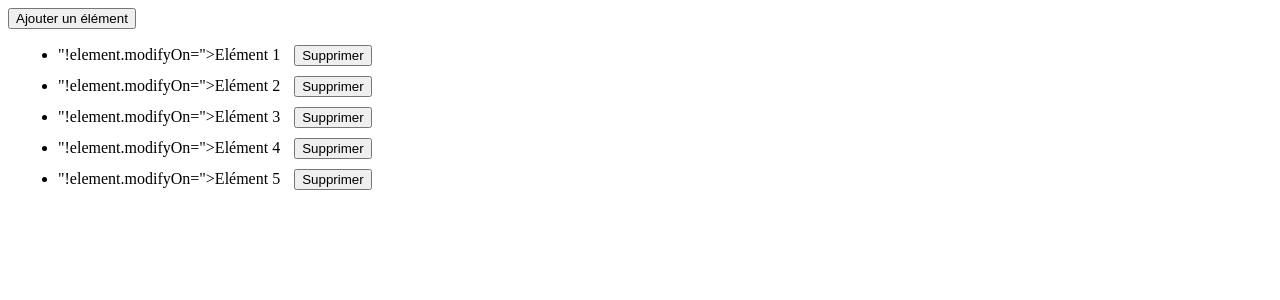
Repository: arione15/Livre_Serrion-Vue.js
Page: index.html
An editor plug-in stored every save of this project. The page is shown before and after the next save, followed by the edit.
The browser window is 1280 px wide. The pictures show the whole page.

Above is the page before, as saved 2021-09-08 12:51:10.

### index.html
<!DOCTYPE html>
<html lang="en">

<head>
    <meta charset="UTF-8">
    <meta http-equiv="X-UA-Compatible" content="IE=edge">
    <meta name="viewport" content="width=device-width, initial-scale=1.0">
    <title>Liste</title>
    <script src="https://cdn.jsdelivr.net/npm/vue/dist/vue.js"></script>
</head>

<body>

    <div id="root"></div>

</body>

<script>
    const vm = new Vue({
        el: "div#root",
        template: `
            <div>
                <button v-on:click="ajouter()">Ajouter un élément</button>
                <ul>
                    <li v-for="(element, index) of elements" style="margin:10px">
                        <span v-if"!element.modifyOn=">{{element.text}}</span>
                    <button v-on:click="supprimer(index)" style="margin-left:10px">Supprimer</button>
                </li>
                </ul>
                <span v-if="elements.length === 0">La liste est vide !!</span>
            </div>
        `,
        data: {
            elements: [
                { text: "Elément 1", modifyOn: false },
                { text: "Elément 2", modifyOn: false },
                { text: "Elément 3", modifyOn: false },
                { text: "Elément 4", modifyOn: false },
                { text: "Elément 5", modifyOn: false },
            ]
        },
        methods: {
            supprimer(index){
                this.elements = this.elements.filter(function cb(elt,i){
                    if(index===i) return false;
                    else return true;
                })
            },
            ajouter(){
                const length = this.elements.length + 1;
                const element = { text: `Elément ` + length, modifyOn: false };
                this.elements.push(element);
            },
            modifier(index, event){
                this.elements[index].modifyOn = truse;
            }



        }
    })
</script>

</html>

After the next save:
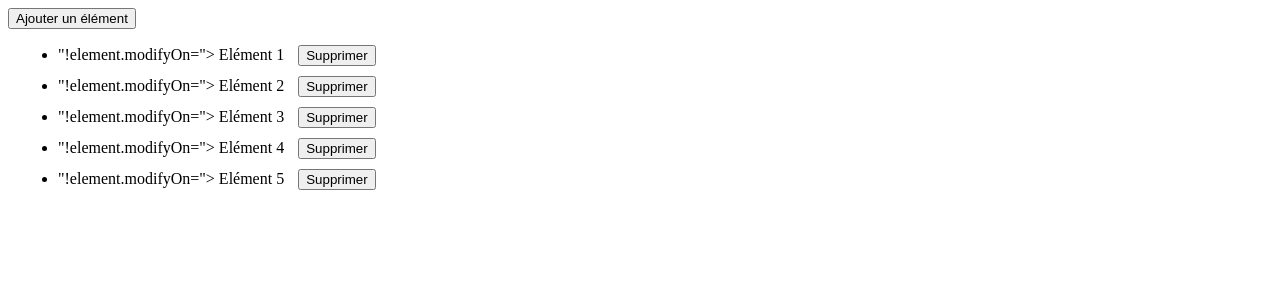
Saved 31 s later.
--- a/index.html
+++ b/index.html
@@ -23,7 +23,9 @@
                 <button v-on:click="ajouter()">Ajouter un élément</button>
                 <ul>
                     <li v-for="(element, index) of elements" style="margin:10px">
-                        <span v-if"!element.modifyOn=">{{element.text}}</span>
+                        <span v-if"!element.modifyOn=">
+
+                            {{element.text}}</span>
                     <button v-on:click="supprimer(index)" style="margin-left:10px">Supprimer</button>
                 </li>
                 </ul>
